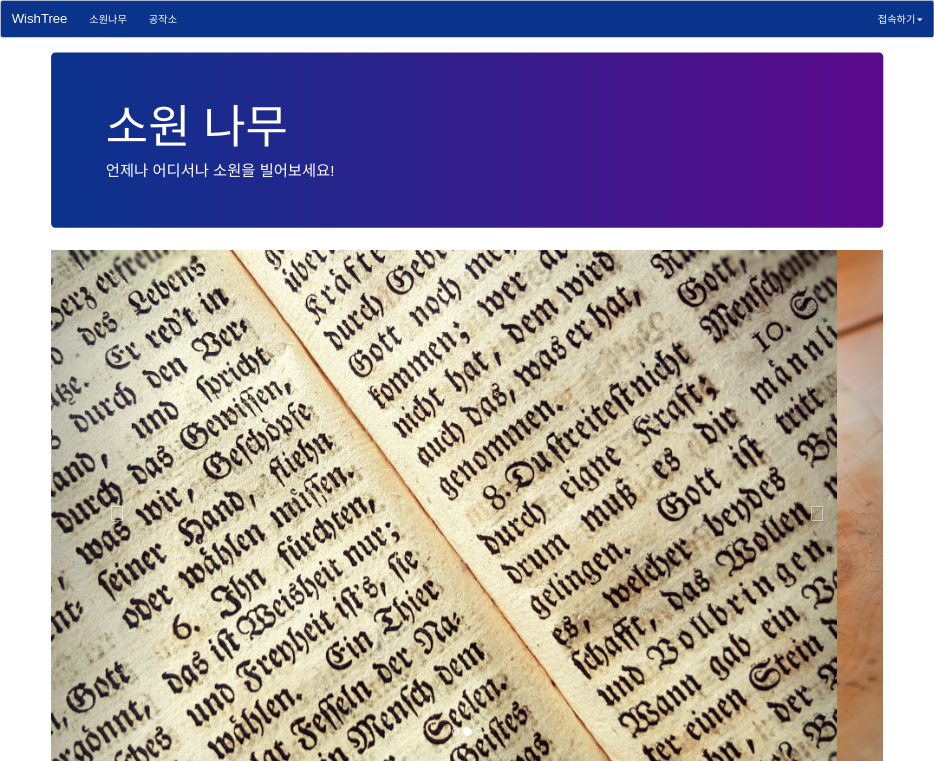
Repository: jongah/WishTree
Page: http://localhost/text/main.jsp
An editor plug-in stored every save of this project. The page is shown before and after the next save, followed by the edit.
The browser window is 1280 px wide. The pictures show the whole page, at 73% of full size.
Some web fonts or font styles are not loaded; a fallback is used. Some web libraries are served in a nearby version. The page is served by Tomcat 9. Other server files are loaded and not shown.

Above is the page before, as saved 2021-05-05 15:09:22.

### text/WebContent/main.jsp
<%@ page language="java" contentType="text/html; charset=UTF-8"
	pageEncoding="UTF-8"%>
<!DOCTYPE html>
<html>
<head>
<meta charset="UTF-8">
<meta name="viewport" content="width=device-width" initial-scale="1" />
<link rel="stylesheet" href="css/bootstrap.css">
<link rel="stylesheet" href="css/custom.css">
<title>소원나무</title>
</head>
<body>
	<%
		String userID = null;
		// 로그인이 되어있으면 세션에 값이 있을 것이다.
		if (session.getAttribute("userID") != null) {
			userID = (String) session.getAttribute("userID");
		}
	%>
	<nav class="navbar navbar-default">
		<div class="navbar-header">
			<button type="button" class="navbar-toggle collapsed"
				data-toggle="collapse" data-target="#bs-example-navbar-collapse-1"
				aria-expanded="false">
				<span class="icon-bar"></span> <span class="icon-bar"></span> <span
					class="icon-bar"></span>
			</button>
			<a href="main.jsp" class="navbar-brand">WishTree</a>
		</div>
		<div class="collapse navbar-collapse"
			id="bs-example-navbar-collapse-1">
			<ul class="nav navbar-nav">
				<li><a href="main.jsp">소원나무</a></li>
				<li><a href="bbs.jsp">공작소</a></li>
			</ul>
			<%
				if (userID == null) {
			%>
			<ul class="nav navbar-nav navbar-right">
				<li class="dropdown"><a href="#" class="dropdown-toggle"
					data-toggle="dropdown" role="button" aria-haspopup="true"
					aria-expanded="false">접속하기<span class="caret"></span></a>
					<ul class="dropdown-menu">
						<li><a href="login.jsp">로그인</a></li>
						<li><a href="join.jsp">회원가입</a></li>
					</ul></li>
			</ul>
			<%
				} else {
			%>
			<ul class="nav navbar-nav navbar-right">
				<li class="dropdown"><a href="#" class="dropdown-toggle"
					data-toggle="dropdown" role="button" aria-haspopup="true"
					aria-expanded="false">회원관리<span class="caret"></span></a>
					<ul class="dropdown-menu">
						<li><a href="logoutAction.jsp">로그아웃</a></li>
					</ul></li>
			</ul>
			<%
				}
			%>
		</div>
	</nav>

	<div class="container">
		<div class="jumbotron">
			<div class="container">
				<h1>소원 나무</h1>
				<p>언제나 어디서나 소원을 빌어보세요!</p>
			</div>
		</div>
	</div>

	<div class="container">
		<div id="myCarousel" class="carousel slide" data-ride="carousel">
			<ol class="carousel-indicators">
				<li data-target="#myCarousel" data-slide-to="0" class="active"></li>
				<li data-target="#myCarousel" data-slide-to="1"></li>
				<li data-target="#myCarousel" data-slide-to="2"></li>
			</ol>
			<div class="carousel-inner">
				<div class="item active">
					<img src="images/book.jpg">
				</div>
				<div class="item">
					<img src="images/coffee.jpg">
				</div>
				<div class="item">
					<img src="images/letters.jpg">
				</div>
			</div>
			<a href="#myCarousel" class="left carousel-control" data-slide="prev">
				<span class="glyphicon-chevron-left"></span>
			</a>
			<a href="#myCarousel" class="right carousel-control" data-slide="next">
				<span class="glyphicon-chevron-right"></span>
			</a>
		</div>
	</div>


	<script src="https://code.jquery.com/jquery-3.1.1.min.js"></script>
	<script src="js/bootstrap.js"></script>
</body>
</html>

### text/WebContent/css/custom.css
@import url('https://fonts.googleapis.com/css2?family=Nanum+Gothic&display=swap');
@import url(//fonts.googleapis.com/earlyaccess/hanna.css);

*{
	font-family : 'Nanum Gothic', sans-serif;
}
h1{
	font-family : 'Hanna', sans-serif;
}
.jumbotron{
	color:white;
	background: linear-gradient(90deg, #0a338c, #5c0a8c);
}
.navbar-default{
	background-color:#0a338c;
}
.navbar .nav > li > a {
	color:white;
}
.navbar .navbar-right{
	color:white;
}
.navbar .navbar-header .navbar-brand{
	color:white;
}

Loaded but not shown: text/WebContent/css/bootstrap.css (library); text/WebContent/js/bootstrap.js (library)

After the next save:
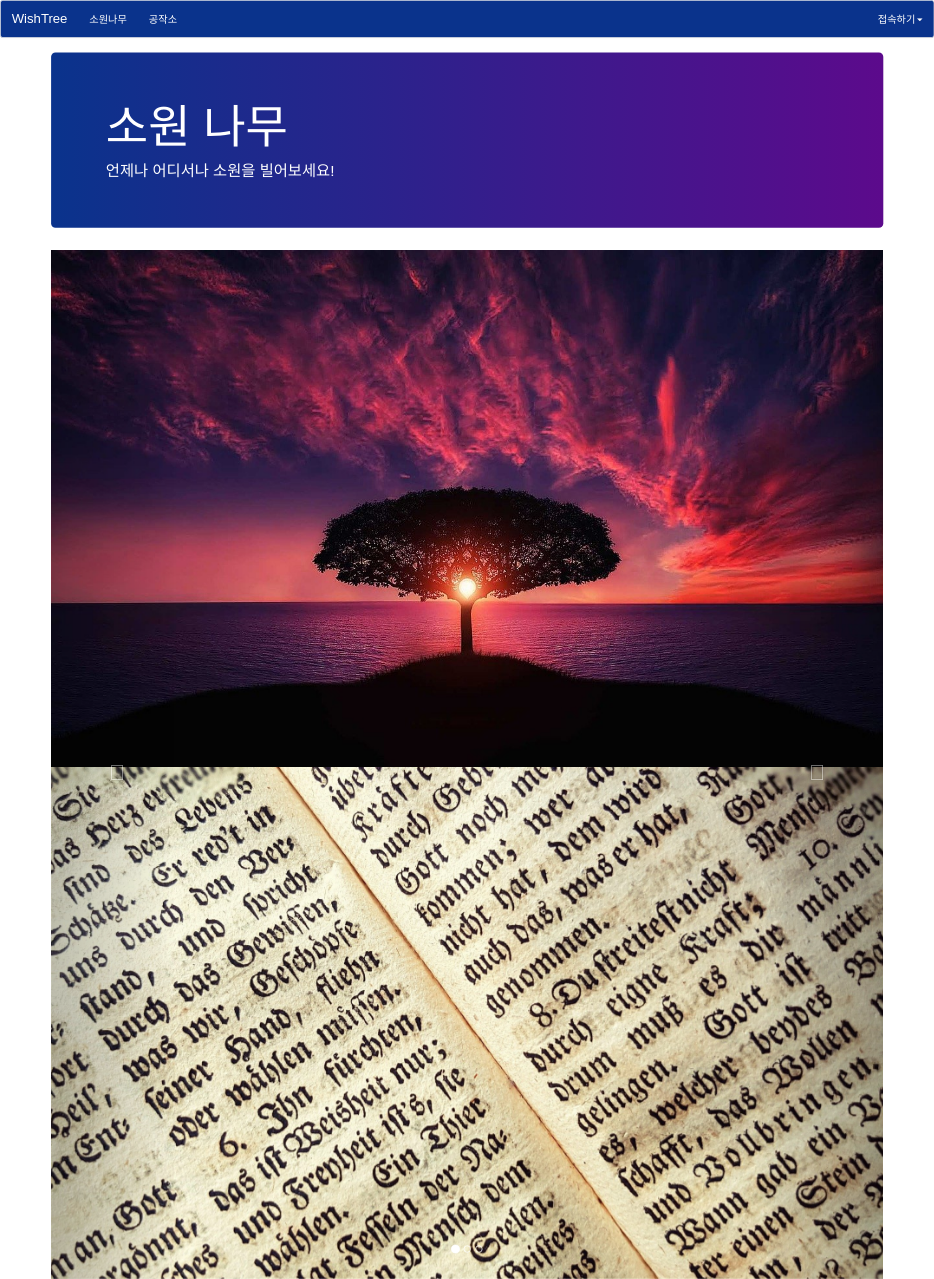
Saved 2 min 5 s later.
--- a/text/WebContent/main.jsp
+++ b/text/WebContent/main.jsp
@@ -80,6 +80,9 @@
 			</ol>
 			<div class="carousel-inner">
 				<div class="item active">
+					<img src="images/tree.jpg">
+				</div>
+				<div class="item active">
 					<img src="images/book.jpg">
 				</div>
 				<div class="item">
